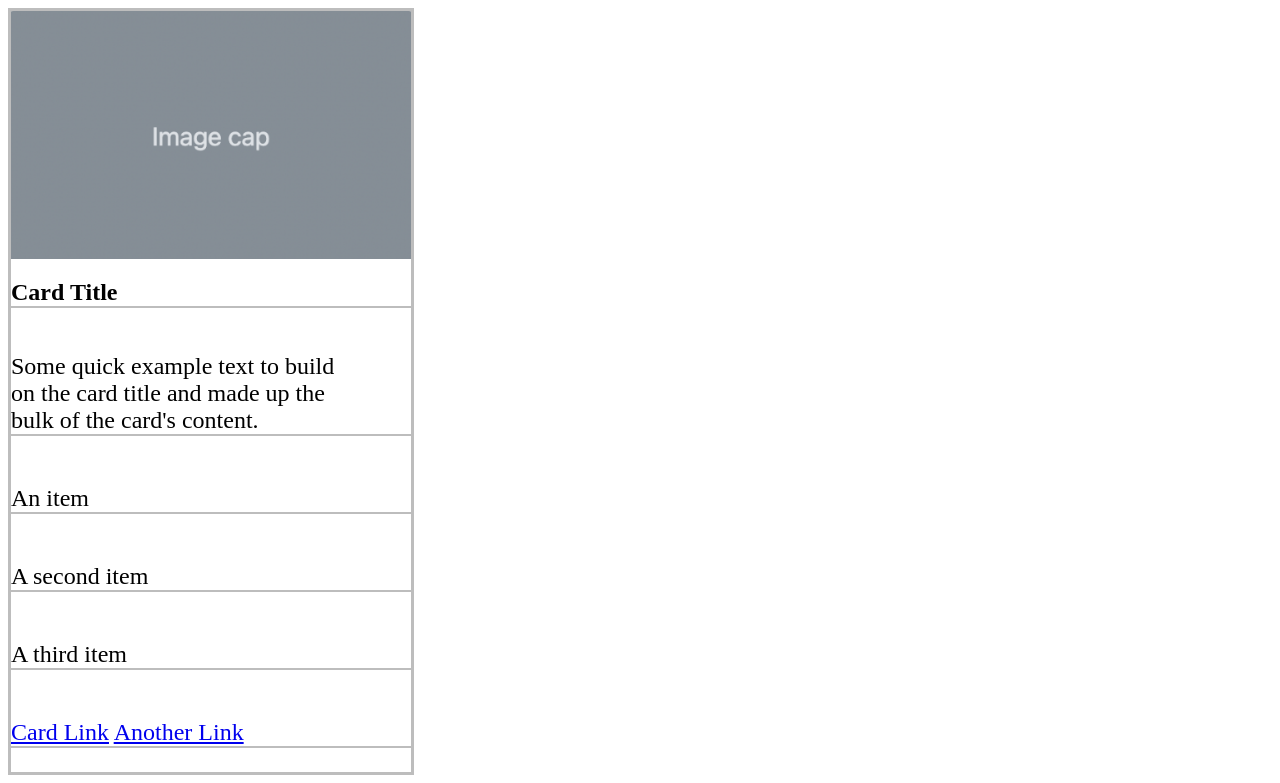
Repository: tr2cky/jsx-exercise
Page: 04 Card/card.html
These files come from the project's save history. The page is drawn as it stood at one moment and after the next save; the edit follows.
The browser window is 1280 px wide. The pictures show the whole page.

Above is the page before, as saved 2022-09-27 16:26:43.

### 04 Card/card.html
<!DOCTYPE html>
<html lang="en">

<head>
    <meta charset="UTF-8">
    <meta http-equiv="X-UA-Compatible" content="IE=edge">
    <meta name="viewport" content="width=device-width, initial-scale=1.0">
    <title>Document</title>
    <link rel="stylesheet" href="style.css">
</head>

<body>
    <article class="container">
        <img src="imagecap.png" alt="Image Cap">
        <h2>Card Title</h2>
        <p>Some quick example text to build <br>
            on the card title and made up the <br>
            bulk of the card's content.</p>
        <p>An item</p>
        <p>A second item</p>
        <p>A third item</p>
        <p><a href="https://google.com">Card Link</a> <a href="https://twitter.com">Another Link</a></p>
    </article>
</body>

</html>

### 04 Card/style.css
.container {
    display: flex;
    flex-direction: column;
    border: 3px solid rgba(128, 128, 128, 0.516);
    max-width: 400px;
    gap: 1px;
}
.container > img {
    max-width: 1400px;
}
.container > p, h2 {
    font-size: 1.5rem;
    border-bottom: 2px solid rgba(128, 128, 128, 0.516);
}
.container > p :nth-child(5) {
    border-bottom: none;
}

After the next save:
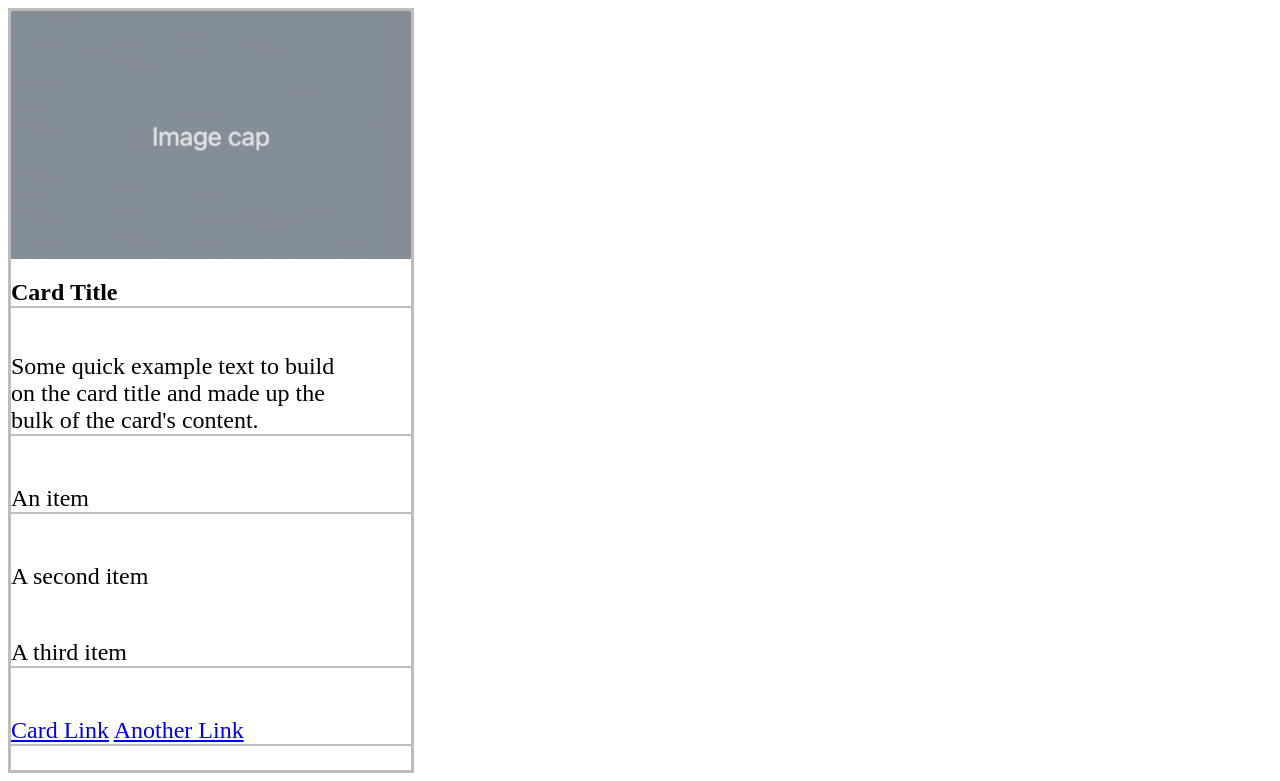
Saved 50 s later.
--- a/04 Card/style.css
+++ b/04 Card/style.css
@@ -12,6 +12,6 @@
     font-size: 1.5rem;
     border-bottom: 2px solid rgba(128, 128, 128, 0.516);
 }
-.container > p :nth-child(5) {
+.container > p:nth-child(5) {
     border-bottom: none;
 }

After the save that followed:
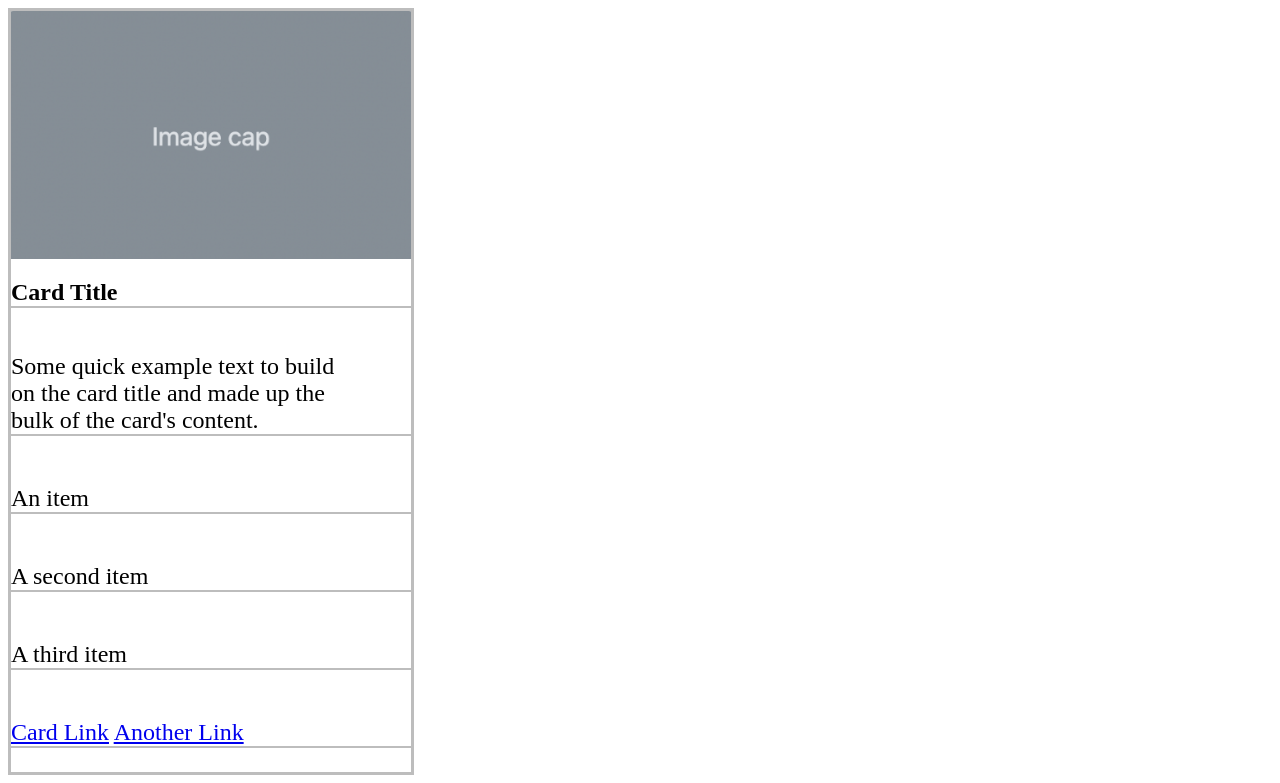
Saved 54 s later.
--- a/04 Card/style.css
+++ b/04 Card/style.css
@@ -12,6 +12,6 @@
     font-size: 1.5rem;
     border-bottom: 2px solid rgba(128, 128, 128, 0.516);
 }
-.container > p:nth-child(5) {
+.container > p > a {
     border-bottom: none;
 }
